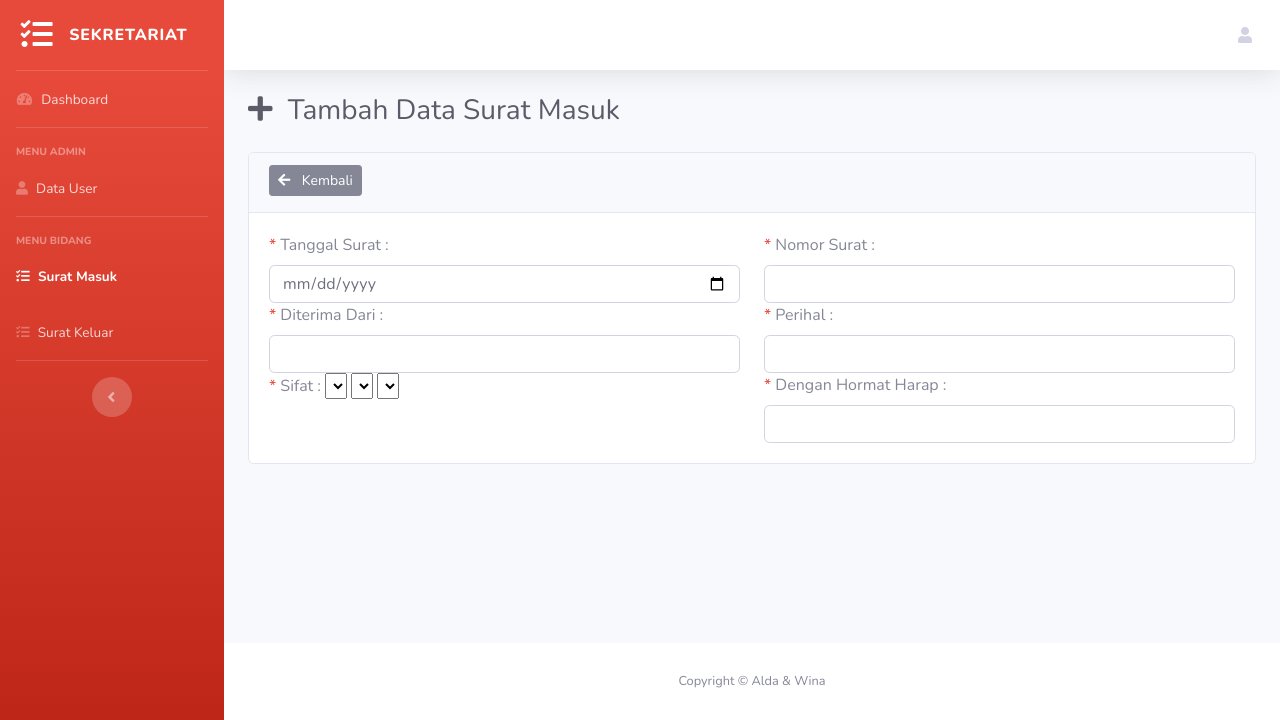
Repository: aldasamrotulfuadah/projek-PKL
Page: http://localhost/suratmasuk/create
An editor plug-in stored every save of this project. The page is shown before and after the next save, followed by the edit.
The browser window is 1280 px wide. The pictures show the whole page.
The page is served by the project's Laravel application, run on PHP 8.4 with Laravel 12. A made-up administrator, Test User (test@example.com), is signed in. Other server files are loaded and not shown.

Above is the page before, as saved 2026-03-12 11:10:49.

### routes/web.php
<?php

use App\Http\Controllers\AuthController;
use App\Http\Controllers\DashboardController;
use App\Http\Controllers\SuratKeluarController;
use App\Http\Controllers\SuratMasukController;
use App\Http\Controllers\UserController;
use Illuminate\Support\Facades\Route;




Route::get('/', function () {
    return view('welcome');
})->name('welcome');

// Login
Route::get('/login', [AuthController::class, 'login'])->name('login');
Route::post('/login', [AuthController::class, 'loginProses'])->name('loginProses');

//user
Route::get('/user', [UserController::class, 'user'])->name('user');
Route::get('/user/create', [UserController::class, 'create'])->name('userCreate');
Route::post('/user/store', [UserController::class, 'store'])->name('userStore');
Route::get('/user/edit/{id}', [UserController::class, 'edit'])->name('userEdit');
Route::post('/user/update/{id}', [UserController::class, 'update'])->name('userUpdate');
Route::delete('/user/destroy/{id}', [UserController::class, 'destroy'])->name('userDestroy');

// Logout
Route::get('/logout', [AuthController::class, 'logout'])->name('logout');

Route::middleware('checkLogin')->group(function(){
    // Dashboard
    Route::get('/dashboard', [DashboardController::class, 'index'])->name('dashboard');
    // Surat Masuk
    Route::get('/suratmasuk', [SuratMasukController::class, 'index'])->name('suratmasuk');
    Route::get('/suratmasuk/create', [SuratMasukController::class, 'create'])->name('suratmasukCreate');


    // Surat Keluar
    Route::get('/suratkeluar', [SuratKeluarController::class, 'index'])->name('suratkeluar');

});

### app/Models/User.php
<?php

namespace App\Models;

// use Illuminate\Contracts\Auth\MustVerifyEmail;
use Illuminate\Database\Eloquent\Factories\HasFactory;
use Illuminate\Foundation\Auth\User as Authenticatable;
use Illuminate\Notifications\Notifiable;

class User extends Authenticatable
{
    use HasFactory, Notifiable;

    /**
     * The attributes that are mass assignable.
     *
     * @var array<int, string>
     */
    protected $fillable = [
        'nama',
        'email',
        'Jabatan',
        'is_tugas',
        'password',
    ];

    /**
     * The attributes that should be hidden for serialization.
     *
     * @var array<int, string>
     */
    protected $hidden = [
        'password',
        'remember_token',
    ];

    /**
     * Get the attributes that should be cast.
     *
     * @return array<string, string>
     */
    protected function casts(): array
    {
        return [
            'email_verified_at' => 'datetime',
            'password' => 'hashed',
        ];
    }
}

### app/Http/Controllers/SuratMasukController.php
<?php

namespace App\Http\Controllers;

use App\Models\SuratMasuk;
use Illuminate\Http\Request;

class SuratMasukController extends Controller
{
    public function index(){
        $data = array(
            'title'   => 'Data Surat Masuk',
            'menuSuratMasuk'   => 'active',
            'suratmasuk'   => suratmasuk::get(),
        );
        return view('suratm/suratmasuk',$data);
    }

    public function create(){
        $data = array(
            'title'   => 'Tambah Data Surat Masuk',
            'menuSuratMasuk'   => 'active',
        );
        return view('suratm/create',$data);
    }

}

### resources/views/suratm/create.blade.php
@extends('layouts/app')

@section('content')

    <h1 class="h3 mb-4 text-gray-800">
        <i class="fas fa-plus mr-2"></i>
       {{ $title }}
    </h1>


    <div class="card">
        <div class="card-header d-flex flex-wrap justify-content-center justify-content-xl-between">
            <div class="mb-1 mr-2">
                <a href="{{ route('suratmasuk') }}" class="btn btn-sm btn-secondary">
                    <i class="fas fa-arrow-left mr-2"></i>
                Kembali
                </a>
            </div>
        </div>
        <div class="card-body">
            <div class="row">
                <div class="col-6">
                    <label class="form-label">
                        <span class="text-danger">*</span>
                        Tanggal Surat :
                    </label>
                    <input type="date" name="tanggal" class="form-control">
                </div>
                <div class="col-6">
                    <label class="form-label">
                        <span class="text-danger">*</span>
                        Nomor Surat :
                    </label>
                    <input type="text" name="nomor" class="form-control">
                </div>
            </div>
            <div class="row">
                <div class="col-6">
                    <label class="form-label">
                        <span class="text-danger">*</span>
                        Diterima Dari :
                    </label>
                    <input type="text" name="diterima_dari" class="form-control">
                </div>
                <div class="col-6">
                    <label class="form-label">
                        <span class="text-danger">*</span>
                        Perihal :
                    </label>
                    <input type="text" name="perihal" class="form-control">
                </div>
            </div>
            <div class="row">
                <div class="col-6">
                    <label class="form-label">
                        <span class="text-danger">*</span>
                        Sifat :
                    </label>
                  <select value="Sangat_Segera">Sangat Segera</select>
                  <select value="Segera">Segera</select>
                  <select value="Rahasia">Rahasia</select>
                </div>
                <div class="col-6">
                    <label class="form-label">
                        <span class="text-danger">*</span>
                        Dengan Hormat Harap :
                    </label>
                    <input type="text" name="perihal" class="form-control">
                </div>
            </div>
        </div>
    </div>



@endsection

### resources/views/layouts/app.blade.php
@include('layouts/header')

<body id="page-top">

    <!-- Page Wrapper -->
    <div id="wrapper">

@include('layouts/sidebar')

        <!-- Content Wrapper -->
        <div id="content-wrapper" class="d-flex flex-column">

            <!-- Main Content -->
            <div id="content">

                <!-- Topbar -->
                <nav class="navbar navbar-expand navbar-light bg-white topbar mb-4 static-top shadow">

                    <!-- Sidebar Toggle (Topbar) -->
                    <button id="sidebarToggleTop" class="btn btn-link d-md-none rounded-circle mr-3">
                        <i class="fa fa-bars"></i>
                    </button>

                    <!-- Topbar Navbar -->
                    <ul class="navbar-nav ml-auto">

                        <!-- Nav Item - User Information -->
                        <li class="nav-item dropdown no-arrow">
                            <a class="nav-link dropdown-toggle" href="#" id="userDropdown" role="button"
                                data-toggle="dropdown" aria-haspopup="true" aria-expanded="false">
                                <span class="mr-2 d-none d-lg-inline text-gray-600 small">
                                    {{ auth()->user()->nama }}
                                </span>
                                <i class="fas fa-user"></i>
                            </a>
                            <!-- Dropdown - User Information -->
                            <div class="dropdown-menu dropdown-menu-right shadow animated--grow-in"
                                aria-labelledby="userDropdown">
                                <a class="dropdown-item" href="#">
                                    <div class="badge badge-secondary justify-content-center d-flex">
                                         {{ auth()->user()->Jabatan }}
                                    </div>
                                </a>
                                <a class="dropdown-item" href="#">
                                    <i class="fas fa-cogs fa-sm fa-fw mr-2 text-gray-400"></i>
                                    Pengaturan
                                </a>
                                <div class="dropdown-divider"></div>
                                <a class="dropdown-item" href="{{ route('logout') }}">
                                    <i class="fas fa-sign-out-alt fa-sm fa-fw mr-2 text-gray-400"></i>
                                    Logout
                                </a>
                            </div>
                        </li>

                    </ul>

                </nav>
                <!-- End of Topbar -->

                <!-- Begin Page Content -->
                <div class="container-fluid">

                    @yield('content')

                </div>
                <!-- /.container-fluid -->

            </div>
            <!-- End of Main Content -->

            <!-- Footer -->
            <footer class="sticky-footer bg-white">
                <div class="container my-auto">
                    <div class="copyright text-center my-auto">
                        <span>Copyright &copy; Alda & Wina</span>
                    </div>
                </div>
            </footer>
            <!-- End of Footer -->

        </div>
        <!-- End of Content Wrapper -->

    </div>
    <!-- End of Page Wrapper -->

    <!-- Scroll to Top Button-->
    <a class="scroll-to-top rounded" href="#page-top">
        <i class="fas fa-angle-up"></i>
    </a>

    <!-- Logout Modal-->
    <div class="modal fade" id="logoutModal" tabindex="-1" role="dialog" aria-labelledby="exampleModalLabel"
        aria-hidden="true">
        <div class="modal-dialog" role="document">
            <div class="modal-content">
                <div class="modal-header">
                    <h5 class="modal-title" id="exampleModalLabel">Ready to Leave?</h5>
                    <button class="close" type="button" data-dismiss="modal" aria-label="Close">
                        <span aria-hidden="true">×</span>
                    </button>
                </div>
                <div class="modal-body">Select "Logout" below if you are ready to end your current session.</div>
                <div class="modal-footer">
                    <button class="btn btn-secondary" type="button" data-dismiss="modal">Cancel</button>
                    <a class="btn btn-primary" href="login.html">Logout</a>
                </div>
            </div>
        </div>
    </div>

@include('layouts/footer')

### resources/views/layouts/header.blade.php
<!DOCTYPE html>
<html lang="en">

<head>

    <meta charset="utf-8">
    <meta http-equiv="X-UA-Compatible" content="IE=edge">
    <meta name="viewport" content="width=device-width, initial-scale=1, shrink-to-fit=no">
    <meta name="description" content="">
    <meta name="author" content="">

    <title>Masuk.in | Dashboard {{ $title }}</title>

    <!-- Custom fonts for this template-->
    <link href="{{ asset('sbadmin2/vendor/fontawesome-free/css/all.min.css') }}" rel="stylesheet" type="text/css">
    <link href="https://fonts.googleapis.com/css?family=Nunito:200,200i,300,300i,400,400i,600,600i,700,700i,800,800i,900,900i"
        rel="stylesheet">

    <!-- Custom styles for this template-->
    <link href="{{ asset('sbadmin2/css/sb-admin-2.min.css') }}" rel="stylesheet">
     <link href="{{ asset('sbadmin2/vendor/datatables/dataTables.bootstrap4.min.css') }}" rel="stylesheet">

</head>

### resources/views/layouts/sidebar.blade.php
        <!-- Sidebar -->
        <ul class="navbar-nav bg-gradient-danger sidebar sidebar-dark accordion" id="accordionSidebar">

            <!-- Sidebar - Brand -->
            <a class="sidebar-brand d-flex align-items-center justify-content-center" href="index.html">
                <div class="sidebar-brand-icon">
                    <i class="fas fa-tasks"></i>
                </div>
                <div class="sidebar-brand-text mx-3">Sekretariat</div>
            </a>

            <!-- Divider -->
            <hr class="sidebar-divider my-0">

            <!-- Nav Item - Dashboard -->
            <li class="nav-item {{ $menuDashboard ?? '' }}">
                <a class="nav-link" href="{{ route('dashboard') }}">
                    <i class="fas fa-fw fa-tachometer-alt"></i>
                    <span>Dashboard</span></a>
            </li>

            <!-- Divider -->
            <hr class="sidebar-divider">

            <!-- Heading -->
            <div class="sidebar-heading">
                Menu Admin
            </div>

            <!-- Nav Item - Charts -->
            <li class="nav-item {{ $menuAdminUser ?? '' }}">
                <a class="nav-link" href="{{ route('user') }}">
                    <i class="fas fa-user"></i>
                    <span>Data User</span></a>

                    <!-- Divider -->
                    <hr class="sidebar-divider">

                <div class="sidebar-heading">
                    Menu Bidang
                </div>
                <!-- Nav Item - Charts -->
                <li class="nav-item {{ $menuSuratMasuk ?? '' }}">
                    <a class="nav-link" href="{{ route('suratmasuk') }}">
                        <i class="fas fa-tasks"></i>
                        <span>Surat Masuk</span></a>
                </li>

                <!-- Nav Item - Tables -->
                <li class="nav-item {{ $menuSuratKeluar ?? '' }}">
                    <a class="nav-link" href="{{ route('suratkeluar') }}">
                        <i class="fas fa-tasks"></i>
                        <span>Surat Keluar</span></a>
                </li>

                <!-- Divider -->
                <hr class="sidebar-divider d-none d-md-block">

                <!-- Sidebar Toggler (Sidebar) -->
                <div class="text-center d-none d-md-inline">
                    <button class="rounded-circle border-0" id="sidebarToggle"></button>
                </div>
            </ul>
        <!-- End of Sidebar -->

### resources/views/layouts/footer.blade.php
<script src="{{ asset('sbadmin2/vendor/jquery/jquery.min.js') }}"></script>
    <script src="{{ asset('sbadmin2/vendor/bootstrap/js/bootstrap.bundle.min.js') }}"></script>
    <script src="{{ asset('sbadmin2/vendor/jquery-easing/jquery.easing.min.js') }}"></script>
    <script src="{{ asset('sbadmin2/js/sb-admin-2.min.js') }}"></script>

    <script src="{{ asset('sbadmin2/vendor/datatables/jquery.dataTables.min.js') }}"></script>
    <script src="{{ asset('sbadmin2/vendor/datatables/dataTables.bootstrap4.min.js') }}"></script>
    <script src="{{ asset('sbadmin2/js/demo/datatables-demo.js') }}"></script>
    <script src="{{ asset('sweetalert2/dist/sweetalert2.all.min.js') }}"></script>

     @session('success')
        <script>
        Swal.fire({
            title: "Sukses",
            text: "{{ session('success') }}",
            icon: "success"
        });
    </script>
    @endsession

    @session('error')
        <script>
        Swal.fire({
            title: "Gagal",
            text: "{{ session('error') }}",
            icon: "gagal"
        });
    </script>
    @endsession


</body>

</html>

Loaded but not shown: app/Http/Controllers/Controller.php (common file); public/sbadmin2/css/sb-admin-2.min.css (library); public/sbadmin2/js/sb-admin-2.min.js (common file); public/sbadmin2/js/demo/datatables-demo.js (common file); public/sweetalert2/dist/sweetalert2.all.min.js (library)

After the next save:
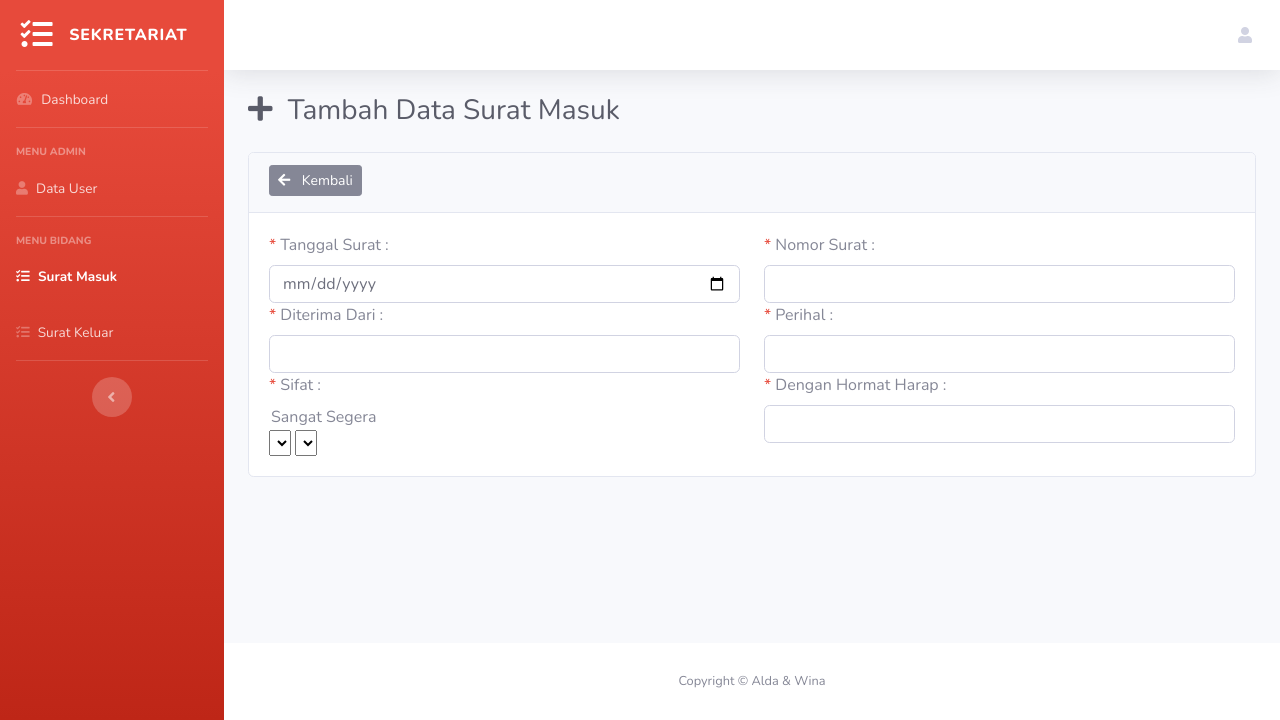
Saved 40 s later.
--- a/resources/views/suratm/create.blade.php
+++ b/resources/views/suratm/create.blade.php
@@ -56,7 +56,7 @@
                         <span class="text-danger">*</span>
                         Sifat :
                     </label>
-                  <select value="Sangat_Segera">Sangat Segera</select>
+                  <option value="Sangat_Segera">Sangat Segera</option>
                   <select value="Segera">Segera</select>
                   <select value="Rahasia">Rahasia</select>
                 </div>
